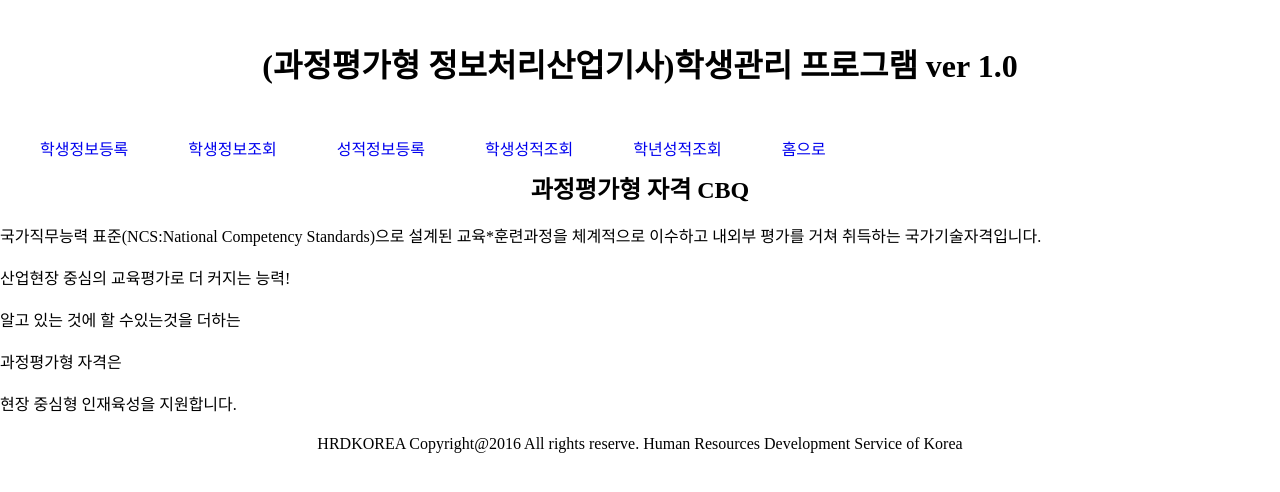
Repository: SeolhwaPark/JSL40_HRDKOREA
Page: http://localhost/HRD_0428_02/
The author's editor kept a copy of each file at every save. The page is drawn from the files as they stood at one save, then again after the next save.
The browser window is 1280 px wide. The pictures show the whole page.
The page is served by Tomcat 9. Other server files are loaded and not shown.

Above is the page before, as saved 2020-04-29 03:48:16.

### HRD_0428_02/WebContent/index.jsp
<%@ page language="java" contentType="text/html; charset=UTF-8"
    pageEncoding="UTF-8"%>
<%@ page import="java.util.*"%>
<%

%>
<!DOCTYPE html>
<html>
<head>
<meta charset="UTF-8">
<title>(과정평가형 정보처리산업기사)학생관리 프로그램 ver 1.0</title>

<style type="text/css">
*{padding:0;margin:0}
.logo{padding:40px 0;text-align:center;}
.navi{padding:10px 0;overflow:hidden}
.navi ul, li{padding:0 10px;float:left;list-style:none}
a{padding:20px;text-decoration:none;}

.title{text-align:center;}
.content{margin:0 auto}
.content table{margin:0 auto}
.content table th, td{text-align:center;border: 1px solid}
.btn_group{text-align:center;}

.footer{padding:20px 0;}
.footer p{text-align:center;}
</style>
<script type="text/javascript">
function name() {

}
function name() {

}
</script>

</head>
<body>

<div class="header">
	<header>
		<h1 class="logo">(과정평가형 정보처리산업기사)학생관리 프로그램 ver 1.0</h1>
		<nav class="navi">
			<ul>
				<li><a href="insert.jsp">학생정보등록</a></li>
				<li><a href="list.jsp">학생정보조회</a></li>
				<li><a href="input.jsp">성적정보등록</a></li>
				<li><a href="view.jsp">학생성적조회</a></li>
				<li><a href="view2.jsp">학년성적조회</a></li>
				<li><a href="index.jsp">홈으로</a></li>
			</ul>
		</nav>
	</header>
</div>
<div class="section">
	<section>
		<h2 class="title">과정평가형 자격 CBQ</h2>
		<div class="content">
			<br>국가직무능력 표준(NCS:National Competency Standards)으로 설계된 교육*훈련과정을 체계적으로 이수하고 내외부 평가를 거쳐 취득하는 국가기술자격입니다.<br>
			<br>산업현장 중심의 교육평가로 더 커지는 능력!<br>
			<br>알고 있는 것에 할 수있는것을 더하는<br>
			<br>과정평가형 자격은<br>
			<br>현장 중심형 인재육성을 지원합니다.<br>


	</section>
</div>
<div class="footer">
	<footer>
		<p>HRDKOREA Copyright@2016 All rights reserve. Human Resources Development Service of Korea</p>
	</footer>
</div>
</body>
</html>

After the next save:
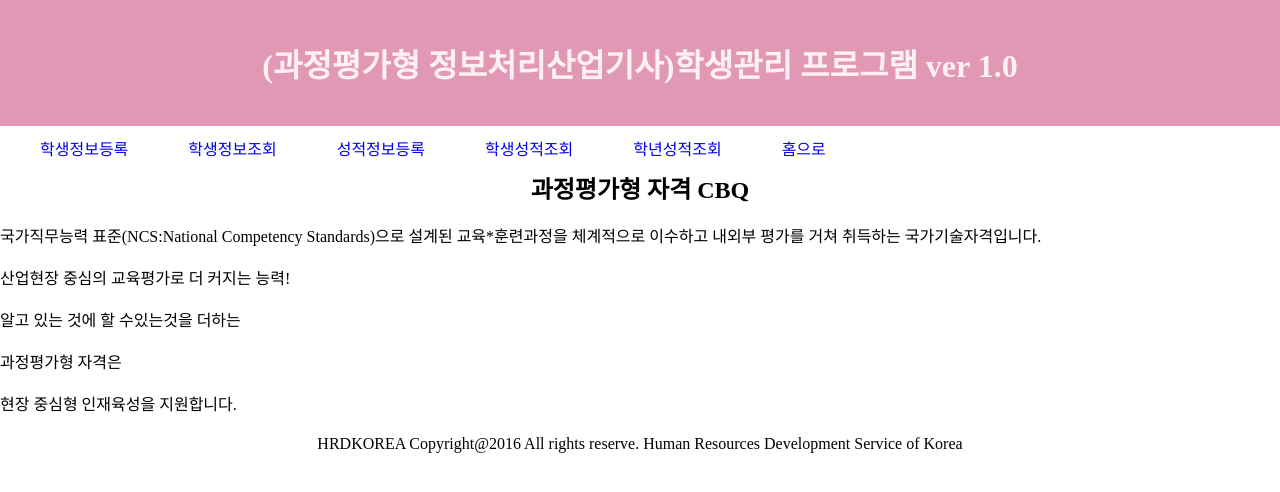
Saved 5 min 48 s later.
--- a/HRD_0428_02/WebContent/index.jsp
+++ b/HRD_0428_02/WebContent/index.jsp
@@ -12,7 +12,7 @@
 
 <style type="text/css">
 *{padding:0;margin:0}
-.logo{padding:40px 0;text-align:center;}
+.logo{padding:40px 0;text-align:center;color:#fdeff2; background-color:#e198b4}
 .navi{padding:10px 0;overflow:hidden}
 .navi ul, li{padding:0 10px;float:left;list-style:none}
 a{padding:20px;text-decoration:none;}
@@ -27,12 +27,7 @@ a{padding:20px;text-decoration:none;}
 .footer p{text-align:center;}
 </style>
 <script type="text/javascript">
-function name() {
 
-}
-function name() {
-
-}
 </script>
 
 </head>
